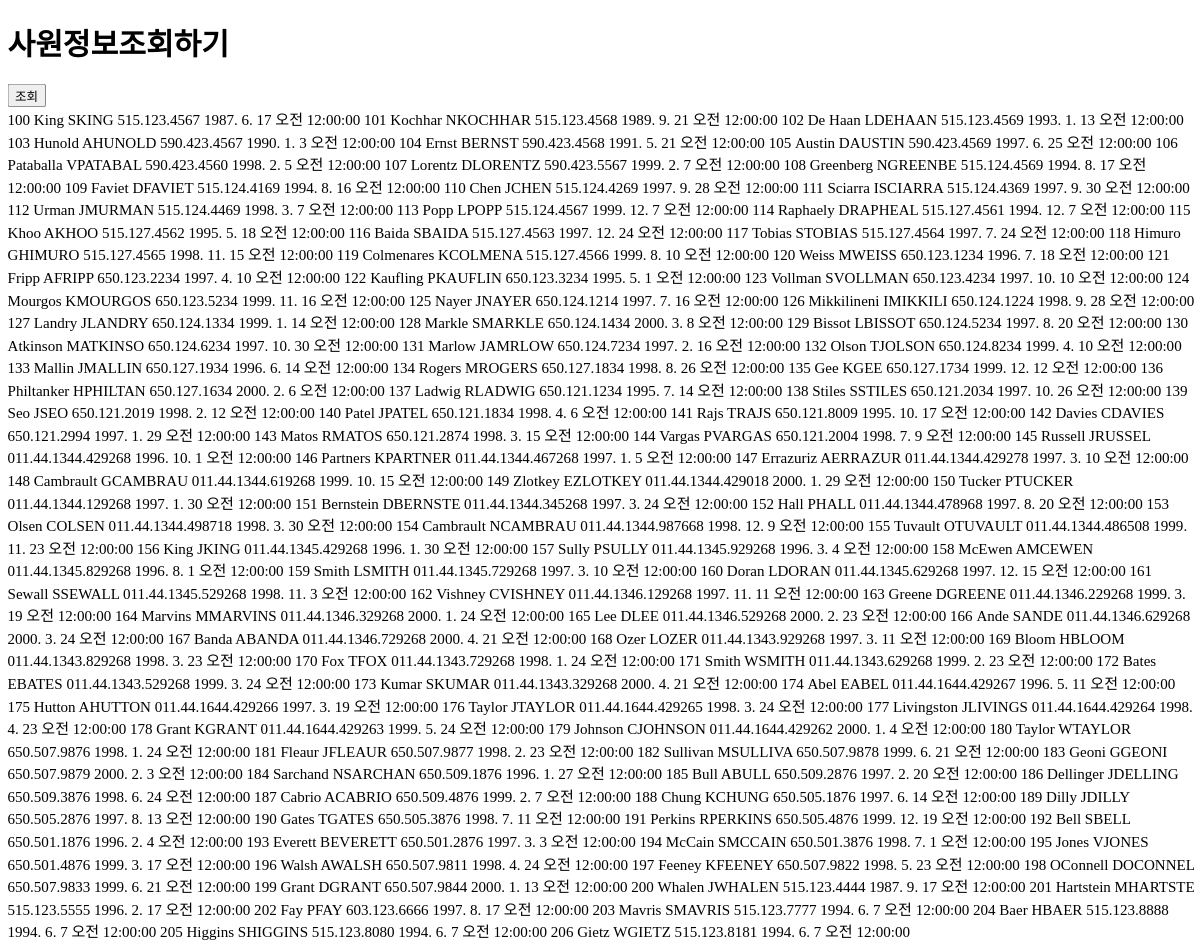
Repository: Junvelop/hkdevelope
Page: Downloads/back_end_edu20240624-master (1)/front_end_20240627/src/main/webapp/4.jq/jq05_ajax_비동기구현.html
The author's editor kept a copy of each file at every save. The page is drawn from the files as they stood at one save, then again after the next save.
The browser window is 1280 px wide. The pictures show the whole page, at 94% of full size.
After loading, the first visible `#emp_search` was clicked once.

Above is the page before, as saved 2024-09-02 07:55:25.

After the next save:
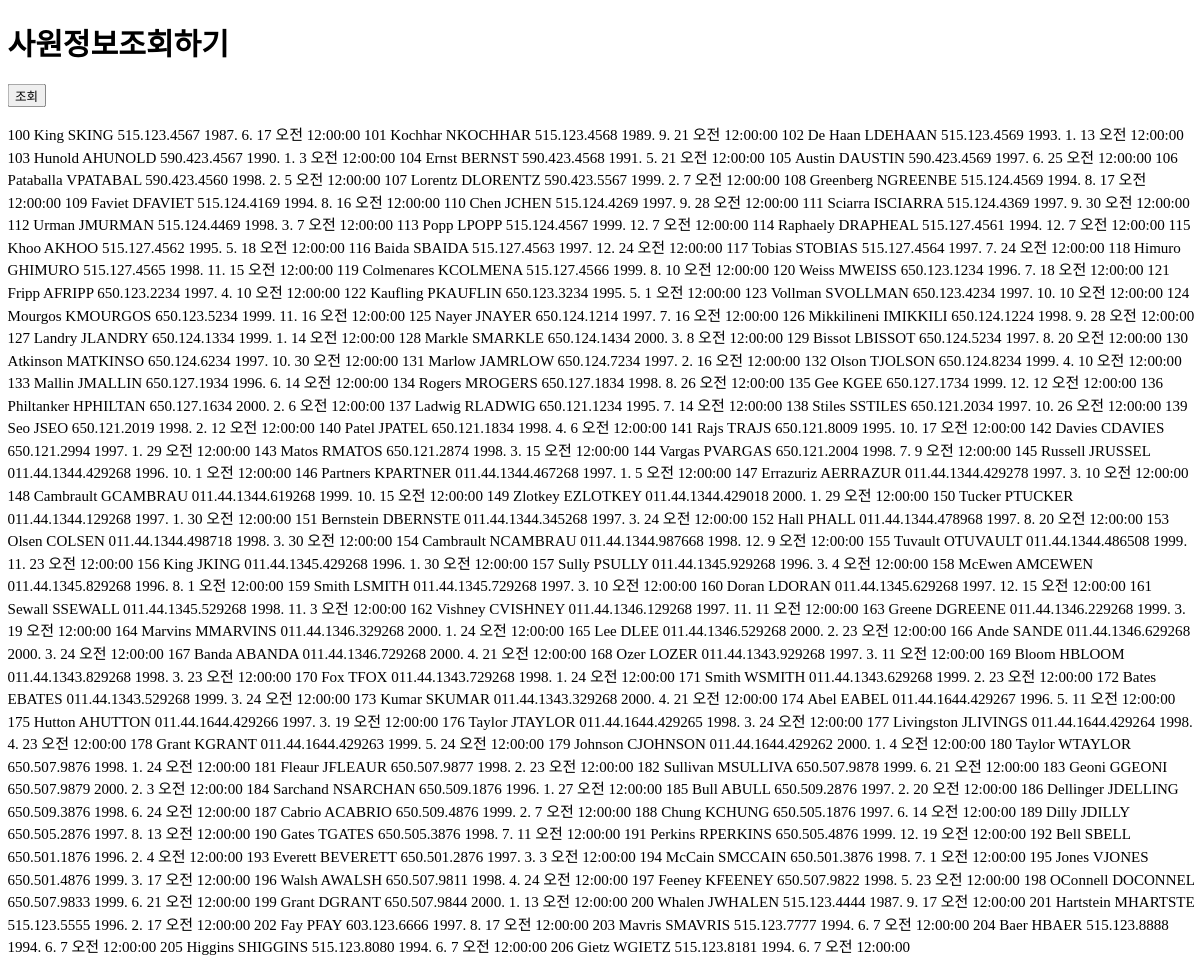
Saved 4 min 28 s later.
--- a/Downloads/back_end_edu20240624-master (1)/front_end_20240627/src/main/webapp/4.jq/jq05_ajax_비동기구현.html
+++ b/Downloads/back_end_edu20240624-master (1)/front_end_20240627/src/main/webapp/4.jq/jq05_ajax_비동기구현.html
@@ -37,7 +37,7 @@
 						for (var i = 0; i < emplist.find("ROW").length; i++) {
 							for (var j = 0; j < emplist.eq(i).children().length; j++) {
 								$("div").append
-								(emplist.eq(i).children().eq(j).text());
+								("<p>" + emplist.eq(i).children().eq(j).text() + "</p>");
 
 							}
 
